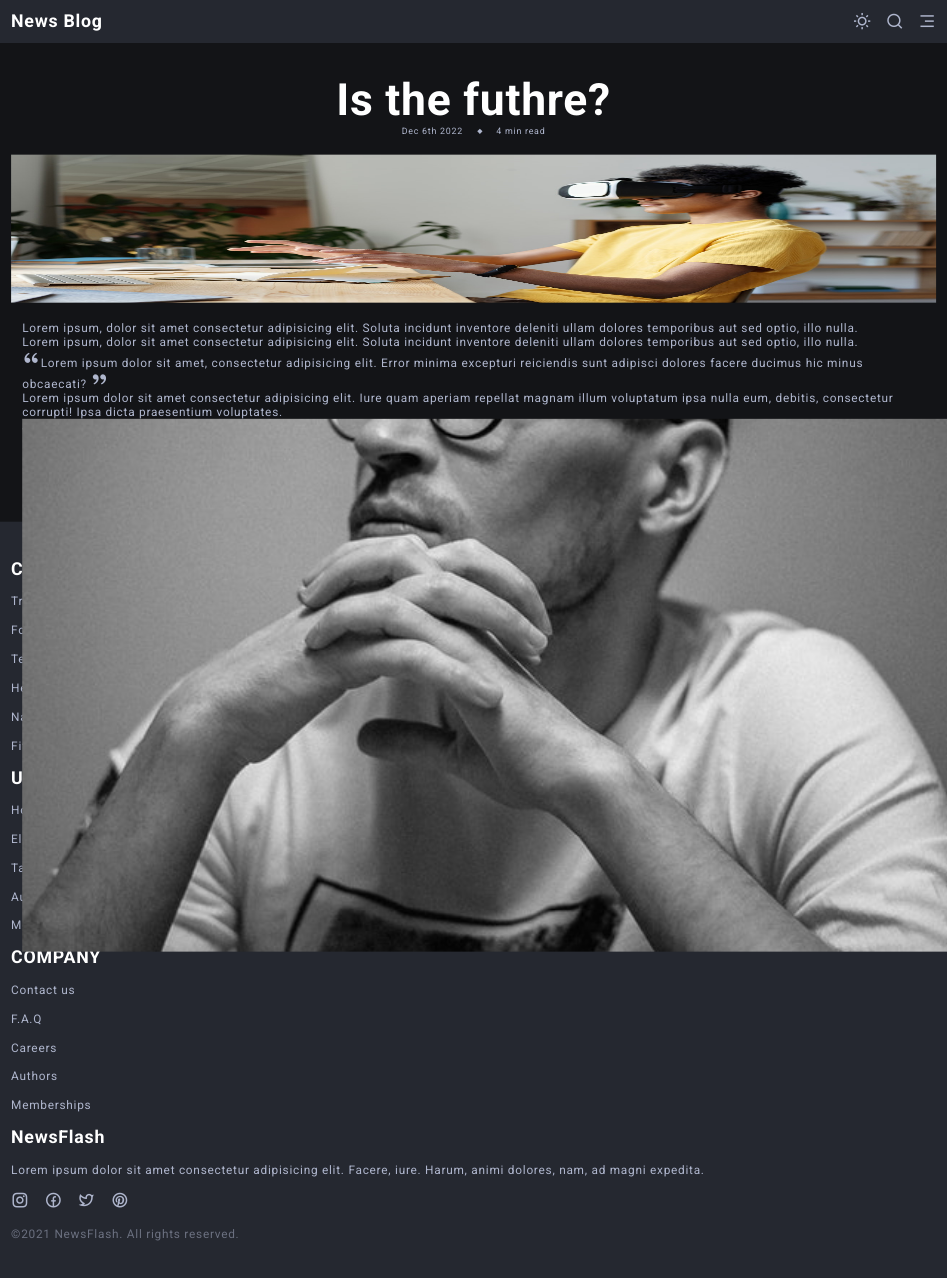
Repository: Junichi-Machii/news-blog-test
Page: post.html
These files come from the project's save history. The page is drawn as it stood at one moment and after a run of saves; the edit follows.
The browser window is 1280 px wide. The pictures show the whole page, at 74% of full size.
The style sheet was rebuilt from its Sass, Less or Tailwind sources for each picture, by a compiler version that may differ from the author's.

Above is the page before, as saved 2023-05-13 10:47:26.

### post.html
<html lang="en">
  <head>
    <meta charset="UTF-8" />
    <meta http-equiv="X-UA-Compatible" content="IE=edge" />
    <meta name="viewport" content="width=device-width, initial-scale=1.0" />
    <title>NewsFlash | Post</title>
    <!-- Favicon -->
    <link
      rel="icon"
      type="image/png"
      sizes="32x32"
      href="./assets/images/favicon.png"
    />
    <!-- Remix icons -->
    <link
      href="https://cdn.jsdelivr.net/npm/remixicon@2.5.0/fonts/remixicon.css"
      rel="stylesheet"
    />
    <!-- Swiper.js styles -->
    <link rel="stylesheet" href="./css/swiper-bundle.min.css" />
    <!-- Custom styles -->
    <link rel="stylesheet" href="./css/style.css" />
  </head>
  <body>
    <!-- Header -->
    <header class="header" id="header">
      <nav class="header__navbar container">
        <a href="./index.html">
          <h2 class="header__logo">News Blog</h2>
        </a>

        <div class="header__menu" id="menu">
          <ul class="list">
            <li class="list-item">
              <a href="#" class="list-link current">Home</a>
            </li>
            <li class="list-item">
              <a href="#" class="list-link">Categories</a>
            </li>
            <li class="list-item">
              <a href="#" class="list-link">Reviews</a>
            </li>
            <li class="list-item">
              <a href="#" class="list-link">News</a>
            </li>
            <li class="list-item">
              <a href="#" class="list-link">Membership</a>
            </li>
            <li class="list-item">
              <a href="#" class="list-link">Contact</a>
            </li>
            <li class="list-item screen-lg-hidden">
              <a href="#" class="list-link">Sign in</a>
            </li>
            <li class="list-item screen-lg-hidden">
              <a href="#" class="list-link">Sign up</a>
            </li>
          </ul>
        </div>

        <div class="list list-right">
          <button class="btn place__items-center" id="theme-toggle-btn">
            <i class="ri-sun-line sun-icon"></i>
            <i class="ri-moon-line moon-icon"></i>
          </button>

          <button class="btn place__items-center" id="search-icon">
            <i class="ri-search-line"></i>
          </button>

          <button
            class="btn place__items-center screen-lg-hidden menu-toggle-icon"
            id="menu-toggle-icon"
          >
            <i class="ri-menu-3-line open-menu-icon"></i>
            <i class="ri-close-line close-menu-icon"></i>
          </button>

          <a href="#" class="list-link screen-sm-hidden">Sign in</a>
          <a
            href="#"
            class="list-link screen-sm-hidden btn sign-up-btn fancy-border"
          >
            <span>Sign in</span>
          </a>
        </div>
      </nav>
    </header>

    <!-- Search -->
    <div class="search-form-container container" id="search-form-container">
      <div class="form-container-inner">
        <form action="" class="form">
          <input
            type="text"
            class="form-input"
            placeholder="What are looking for?"
          />
          <button class="btn form-btn" type="submit">
            <i class="ri-search-line"></i>
          </button>
        </form>
        <span class="form-note">Or press ESC to close.</span>
      </div>

      <button
        class="btn form-close-btn place__items-center"
        id="form-close-btn"
      >
        <i class="ri-close-line"></i>
      </button>
    </div>
    <!-- Blog post -->
    <section class="blog-post section-header-offset">
      <div class="blog-post-container container">
        <div class="blog-post-data">
          <h3 class="title blog-post-title">Is the futhre?</h3>
          <div class="article-data">
            <span>Dec 6th 2022</span>
            <span class="article-data-spacer"></span>
            <span>4 min read</span>
          </div>
          <img src="./assets/images/featured/featured-1.jpg" alt="" />
        </div>

        <div class="container">
          <p>
            Lorem ipsum, dolor sit amet consectetur adipisicing elit. Soluta
            incidunt inventore deleniti ullam dolores temporibus aut sed optio,
            illo nulla.
          </p>
          <p>
            Lorem ipsum, dolor sit amet consectetur adipisicing elit. Soluta
            incidunt inventore deleniti ullam dolores temporibus aut sed optio,
            illo nulla.
          </p>

          <blockquote class="quote">
            <p>
              <span><i class="ri-double-quotes-l"></i></span>Lorem ipsum dolor
              sit amet, consectetur adipisicing elit. Error minima excepturi
              reiciendis sunt adipisci dolores facere ducimus hic minus
              obcaecati? <span><i class="ri-double-quotes-r"></i></span>
            </p>
          </blockquote>

            <p>
              Lorem ipsum dolor sit amet consectetur adipisicing elit. Iure quam
              aperiam repellat magnam illum voluptatum ipsa nulla eum, debitis,
              consectetur corrupti! Ipsa dicta praesentium voluptates.
            </p>

            <div class="author d-grid">

                <div class="author-image-box">
                    <img src="./assets/images/author.jpg" alt="" class="article-image">
                </div>

                <div class="author-about">
                    <h3 class="author-name">Joh don</h3>
                    <p>Lorem ipsum dolor sit amet consectetur adipisicing elit. Explicabo, dolorum!</p>

                    <ul class="list social-media">
                        <li class="list-item">
                          <a href="#" class="list-link"
                            ><i class="ri-instagram-line"></i
                          ></a>
                        </li>
                        <li class="list-item">
                          <a href="#" class="list-link"
                            ><i class="ri-facebook-circle-line"></i
                          ></a>
                        </li>
                        <li class="list-item">
                          <a href="#" class="list-link"><i class="ri-twitter-line"></i></a>
                        </li>

                      </ul>
                </div>
            </div>
        </div>
      </div>
    </section>
    <!-- Footer -->
    <footer class="footer section">
      <div class="footer-container container d-grid">
        <div class="company-data">
          <a href="./index.html">
            <h2 class="header__logo">NewsFlash</h2>
          </a>
          <p class="company-description">
            Lorem ipsum dolor sit amet consectetur adipisicing elit. Facere,
            iure. Harum, animi dolores, nam, ad magni expedita.
          </p>
          <ul class="list social-media">
            <li class="list-item">
              <a href="#" class="list-link"
                ><i class="ri-instagram-line"></i
              ></a>
            </li>
            <li class="list-item">
              <a href="#" class="list-link"
                ><i class="ri-facebook-circle-line"></i
              ></a>
            </li>
            <li class="list-item">
              <a href="#" class="list-link"><i class="ri-twitter-line"></i></a>
            </li>
            <li class="list-item">
              <a href="#" class="list-link"
                ><i class="ri-pinterest-line"></i
              ></a>
            </li>
          </ul>
          <span class="copyright-notice"
            >&copy;2021 NewsFlash. All rights reserved.</span
          >
        </div>

        <div>
          <h6 class="title footer-title">Categories</h6>
          <ul class="footer-list list">
            <li class="list-item">
              <a href="#" class="list-link">Travel</a>
            </li>
            <li class="list-item">
              <a href="#" class="list-link">Food</a>
            </li>
            <li class="list-item">
              <a href="#" class="list-link">Technology</a>
            </li>
            <li class="list-item">
              <a href="#" class="list-link">Health</a>
            </li>
            <li class="list-item">
              <a href="#" class="list-link">Nature</a>
            </li>
            <li class="list-item">
              <a href="#" class="list-link">Fitness</a>
            </li>
          </ul>
        </div>

        <div>
          <h6 class="title footer-title">Useful links</h6>
          <ul class="footer-list list">
            <li class="list-item">
              <a href="#" class="list-link">Home</a>
            </li>
            <li class="list-item">
              <a href="#" class="list-link">Elements</a>
            </li>
            <li class="list-item">
              <a href="#" class="list-link">Tags</a>
            </li>
            <li class="list-item">
              <a href="#" class="list-link">Authors</a>
            </li>
            <li class="list-item">
              <a href="#" class="list-link">Membership</a>
            </li>
          </ul>
        </div>

        <div>
          <h6 class="title footer-title">Company</h6>
          <ul class="footer-list list">
            <li class="list-item">
              <a href="#" class="list-link">Contact us</a>
            </li>
            <li class="list-item">
              <a href="#" class="list-link">F.A.Q</a>
            </li>
            <li class="list-item">
              <a href="#" class="list-link">Careers</a>
            </li>
            <li class="list-item">
              <a href="#" class="list-link">Authors</a>
            </li>
            <li class="list-item">
              <a href="#" class="list-link">Memberships</a>
            </li>
          </ul>
        </div>
      </div>
    </footer>

    <!-- Swiper.js -->
    <script src="./js/swiper-bundle.min.js"></script>
    <!-- Custom script -->
    <script src="./js/main.js"></script>
  </body>
</html>

### style.scss
/* Import font */
@import url("https://fonts.googleapis.com/css2?family=Roboto:ital,wght@0,400;0,700;1,400;1,700&display=swap");

@import url("https://fonts.googleapis.com/css2?family=Poppins:wght@300;400;600;700&display=swap");

/* Custom properties */
:root {
  --light-color: #fff;
  --light-color-alt: #afb6cd;
  --primary-background-color: #131417;
  --secondary-background-color: #252830;
  --hover-light-color: var(--light-color);
  --hover-dark-color: var(--primary-background-color);
  --gradient-color: linear-gradient(
    115deg,
    #4fcf70,
    #fad648,
    #a767e5,
    #12bcfe,
    #44ce7b
  );
  --transparent-light-color: rgba(255, 255, 255, 0.05);
  --transparent-dark-color: rgba(0, 0, 0, 0.75);
  --font-family: "Roboto", sans-serif;
  --font-size-xsm: 1.2rem;
  --font-size-sm: 1.6rem;
  --font-size-md: 2.4rem;
  --font-size-lg: 3rem;
  --font-size-xl: 4rem;
  --gap: 2rem;
  --margin-sm: 2rem;
  --margin-md: 3rem;
  --item-min-height-sm: 20rem;
  --item-min-height-md: 30rem;
}

/* Base styles */
body {
  font-family: var(--font-family);
  font-size: var(--font-size-sm);
  color: var(--light-color-alt);
  background-color: var(--primary-background-color);
  letter-spacing: 1px;
  transition: background-color 0.25s, color 0.25s;
}

a {
  text-decoration: none;
  color: inherit;
}

img {
  max-width: 100%;
  display: block;
}

ul {
  list-style: none;
}

input,
button {
  font: inherit;
  color: inherit;
  border: none;
  background-color: transparent;
  outline: none;
}

i {
  font-size: var(--font-size-md);
}

* {
  margin: 0;
  padding: 0;
  box-sizing: border-box;
}

html {
  // font-size: 10px;
  font-size: 62.5%;
}
/* Theme color change */
body.light-theme {
  --light-color: #3d3d3d;
  --light-color-alt: rgba(0, 0, 0, 0.6);
  --primary-background-color: #fff;
  --hover-light-color: #fff;
  --secondary-background-color: #f1f1f1;
  --transparent-light-color: #252830;
  --transparent-dark-color: rgba(0, 0, 0, 0.1);
}
/* Reusable classes */
.container {
  max-width: 160rem;
  margin: 0 auto;
  padding: 0 1.5rem;
}

.place__items-center {
  display: inline-block;
  align-items: center;
  justify-content: center;
}

.screen-sm-hidden {
  display: none;
}

.btn {
  cursor: pointer;
  &:hover,
  &:hover span {
    color: var(--light-color);
  }
}

.d-grid {
  display: grid;
}

.section {
  padding-block: 5rem;
}

.title {
  color: var(--light-color);
}
/* Header */
.header {
  background-color: var(--secondary-background-color);
  position: fixed;
  top: 0;
  left: 0;
  width: 100%;
  z-index: 999;

  &__navbar {
    display: flex;
    align-items: center;
    justify-content: space-between;
    padding-block: 1.5rem;
  }

  &__logo {
    font-size: var(--font-size-md);
    color: var(--light-color);
  }

  &__menu {
    position: absolute;
    top: 8.5rem;
    right: 1.5rem;
    width: 23rem;
    padding: 1.5rem;
    background-color: var(--secondary-background-color);
    opacity: 0;
    transform: scale(0);
    transition: opacity 0.25s ease-in-out;

    & > .list {
      flex-direction: column;
    }
  }

  &__menuLink {
    &:hover {
      color: var(--light-color);
    }

    &.current {
      color: var(--light-color);
    }
  }
}

.list {
  display: flex;
  align-items: center;
  gap: var(--gap);
}

.close-menu-icon {
  display: none;
}

.moon-icon {
  display: none;
}

.light-theme {
  & .sun-icon {
    display: none;
  }

  & .moon-icon {
    display: block;
  }
}

/* Header JavaScript Styles */
.header.activated {
  box-shadow: 0 1px 0.5rem --transparent-light-color;
}
.header__menu.activated {
  box-shadow: 1px 1px 1rem --transparent-light-color;
  opacity: 1;
  transform: scale(1);
}

.menu-toggle-icon.activated .open-menu-icon {
  display: none;
}

.menu-toggle-icon.activated .close-menu-icon {
  display: block;
}
/* Search */
.search-form-container {
  width: 100%;
  max-width: 100%;
  height: 100vh;
  background-color: var(--primary-background-color);
  position: fixed;
  top: 0;
  left: 0;
  z-index: 9999;
  display: flex;
  opacity: 0;
  transform: scale(0);
  transition: opacity 0.5s;
}

.form-container-inner {
  margin: auto;
  display: flex;
  flex-direction: column;
  gap: var(--gap);
  text-align: center;
}

.form {
  display: flex;
  justify-content: center;
}

.form-input,
.form-btn {
  display: inline-block;
  border: 2px solid var(--secondary-background-color);
  padding: 1.5rem;
}

.form-input {
  border-right: none;
  width: 100%;
}

.form-btn {
  margin-left: -0.5rem;
  border-left: none;
  background-color: var(--secondary-background-color);
  width: 8rem;
}

.form-note {
  font-size: var(--font-size-xsm);
  align-self: flex-end;
}

.form-close-btn {
  position: absolute;
  top: 1.5rem;
  right: 1.5rem;
  border: 2px solid var(--secondary-background-color);
  width: 4rem;
  height: 4rem;
}
/* Form JavaScript styles */
.search-form-container.activated {
  opacity: 1;
  transform: scale(1);
}
/* Featured articles */
.featured-articles {
  padding-block: 2rem;
}

.section-header-offset {
  margin-top: 7.4rem;
}

.featured-articles-container,
.featured-content {
  gap: var(--gap);
}

.headline-banner {
  background-color: var(--secondary-background-color);
  display: flex;
  align-items: center;
  gap: var(--gap);
  font-size: var(--font-size-xsm);
}

.headline {
  color: var(--light-color);
  font-size: 1rem;
  text-transform: uppercase;
  text-align: center;
  padding: 0.4rem;
  height: 100%;

  & span {
    height: inherit;
  }
}

.fancy-border {
  position: relative;
  overflow: hidden;

  &::before {
    content: "";
    position: absolute;
    top: 0;
    left: 0;
    width: 200%;
    height: 100%;
    background: var(--gradient-color);
    background-size: 50% 100%;
    z-index: 5;
  }

  & span {
    position: relative;
    z-index: 10;
    display: inline-flex;
    padding: 0.6rem 1.5rem;
    background-color: var(--secondary-background-color);
  }
}

.article {
  position: relative;
  min-height: var(--item-min-height-md);

  &-image {
    position: absolute;
    width: 100%;
    height: 100%;
    object-fit: cover;
    transition: transform 0.25s;
  }

  &-category {
    position: absolute;
    top: 1rem;
    right: 1rem;
    padding: 1rem;
    font-size: 1rem;
    background-color: var(--primary-background-color);
    color: var(--light-color);
    text-transform: uppercase;
    z-index: 10;
  }

  &-data-container {
    position: absolute;
    bottom: 0;
    left: 0;
    padding: 2rem 1.5rem;
    background-color: var(--transparent-dark-color);
    z-index: 10;
    width: 100%;
    transition: background-color 0.5s;
  }

  &:hover &-data-container {
    background-color: var(--hover-dark-color);
    color: var(--hover-light-color);
  }
  &:hover &-data-spacer {
    background-color: var(--hover-light-color);
  }

  &-data {
    display: flex;
    align-items: center;
    gap: var(--gap);
    font-size: var(--font-size-xsm);
    margin-bottom: 1rem;
  }

  &-data-spacer {
    width: 0.5rem;
    height: 0.5rem;
    background-color: var(--light-color-alt);
    transform: rotate(45deg);
  }

  &-title {
    font-size: var(--font-size-md);
  }
}

/* Featured articles - Sidebar */
.sidebar {
  background-color: var(--secondary-background-color);
  padding: 2.5rem;
}

.trending-news {
  &__box {
    display: flex;
    flex-direction: column;
    gap: var(--gap);
    padding-block: 2rem;
    border: 1px solid var(--transparent-light-color);

    &:hover .article-title {
      color: var(--light-color-alt);
    }

    &:last-of-type {
      border-bottom: none;
    }
  }

  &__image-box {
    position: relative;
    width: 100%;
    height: var(--item-min-height-sm);
  }

  &__data .article-title {
    font-size: var(--font-size-sm);
  }
}

.featured-content-title {
  font-size: var(--font-size-md);
  text-align: center;
  padding: 1rem;
}

.trending-number {
  position: absolute;
  top: -1rem;
  left: -1rem;
  z-index: 15;
  width: 3rem;
  height: 3rem;
  background-color: var(--secondary-background-color);
  color: var(--light-color);
  border-radius: 50%;
}

/* Quick read */
.section-title {
  position: relative;
  font-size: var(--font-size-md);
  margin-bottom: 6rem;

  &::before {
    content: attr(data-name);
    font-size: var(--font-size-lg);
    text-transform: uppercase;
    opacity: 0.1;
    position: absolute;
    top: 1.5rem;
    left: 2rem;
  }
}

.article.swiper-slide {
  height: 40rem;
}

/* Quick read - Swiper */
.swiper-wrapper {
  height: auto;
}

.swiper-controls {
  width: 3.5rem;
  height: 3.5rem;
  background-color: var(--secondary-background-color);

  &::after {
    font-size: 1.6rem;
    color: var(--light-color);
  }
}

.swiper-pagination {
  bottom: 0.5rem !important;
}

.swiper-pagination-bullet {
  background-color: var(--light-color);
}

/* Older posts */
.older-posts {
  &__grid-wrapper {
    gap: var(--gap);
  }
  &__article-image-wrapper,
  & .article {
    min-height: var(--item-min-height-sm);
  }

  & .article {
    background-color: var(--secondary-background-color);
  }

  &__article-image-wrapper {
    position: relative;
  }

  &__grid-wrapper .article-data-container {
    position: static;
    background-color: transparent;
  }

  &__grid-wrapper .article-title {
    margin-bottom: var(--margin-sm);
  }
}

.see-more-container {
  margin-top: var(--margin-md);
}

.see-more-btn {
  text-transform: uppercase;
  display: flex;
  // flex-direction: column;
  justify-content: center;
  align-items: center;
  & i {
    // position: absolute;
    // top: -3px;
    // right: -30px;
    transition: transform 0.3s;
  }

  &:hover i {
    transform: translateX(0.5rem);
  }
}
/* Popular tags */
.popular-tags-container {
  gap: var(--gap);

  & .article {
    min-height: var(--item-min-height-sm);
    overflow: hidden;

    &:hover .tag-name {
      color: var(--light-color);
    }

    &:hover .article-image {
      transform: scale(1.05);
    }
  }
}

.tag-name {
  position: absolute;
  top: 50%;
  left: 50%;
  transform: translate(-50%, -50%);
  background-color: var(--transparent-dark-color);
  padding: 1rem 2rem;
  z-index: 10;
}

/* Newsletter */
.newsletter {
  padding-bottom: 6rem;

  &-title {
    font-size: var(--font-size-lg);
  }

  &-description {
    margin-bottom: 3rem;
  }
}

/* Footer */
.footer {
  background-color: var(--secondary-background-color);

  &-container {
    gap: var(--gap);
  }
}

.company {
  &-data {
    display: flex;
    flex-direction: column;
    order: 1;
  }

  &-description {
    margin-block: var(--margin-sm);
    max-width: 75%;
  }
}

.social-media {
  margin-bottom: var(--margin-sm);
}

.copyright-notice {
  opacity: 0.5;
}

.footer {
  &-list {
    flex-direction: column;
    align-items: flex-start;
  }

  &-title {
    font-size: var(--font-size-md);
    text-transform: uppercase;
    margin-bottom: var(--margin-sm);
  }
}

/* Scrollbar styles */
::-webkit-scrollbar {
  width: 1rem;
}

::-webkit-scrollbar-track {
  background-color: #f1f1f1;
}

::-webkit-scrollbar-thumb {
  background-color: #3f4254;
}
::-webkit-scrollbar-thumb:hover {
  background-color: #2e303b;
}
/* Blog post */
.blog-post {
  padding-bottom: 5rem;

  &-data {
    display: flex;
    flex-direction: column;
    align-items: center;
    text-align: center;
    padding-block: 2.5rem;

    & img {
      width: 100%;
      height: var(--item-min-height-sm);

    }

    & .article-data {
      margin-bottom: 2.5rem;
    }
  }

  &-title {
    font-size: clamp(3rem, 5vw, 6rem);
  }
}
/* Media queries */

Loaded but not shown: css/swiper-bundle.min.css (library); js/swiper-bundle.min.js (library); js/main.js (79 lines, source omitted)

After the next 12 saves:
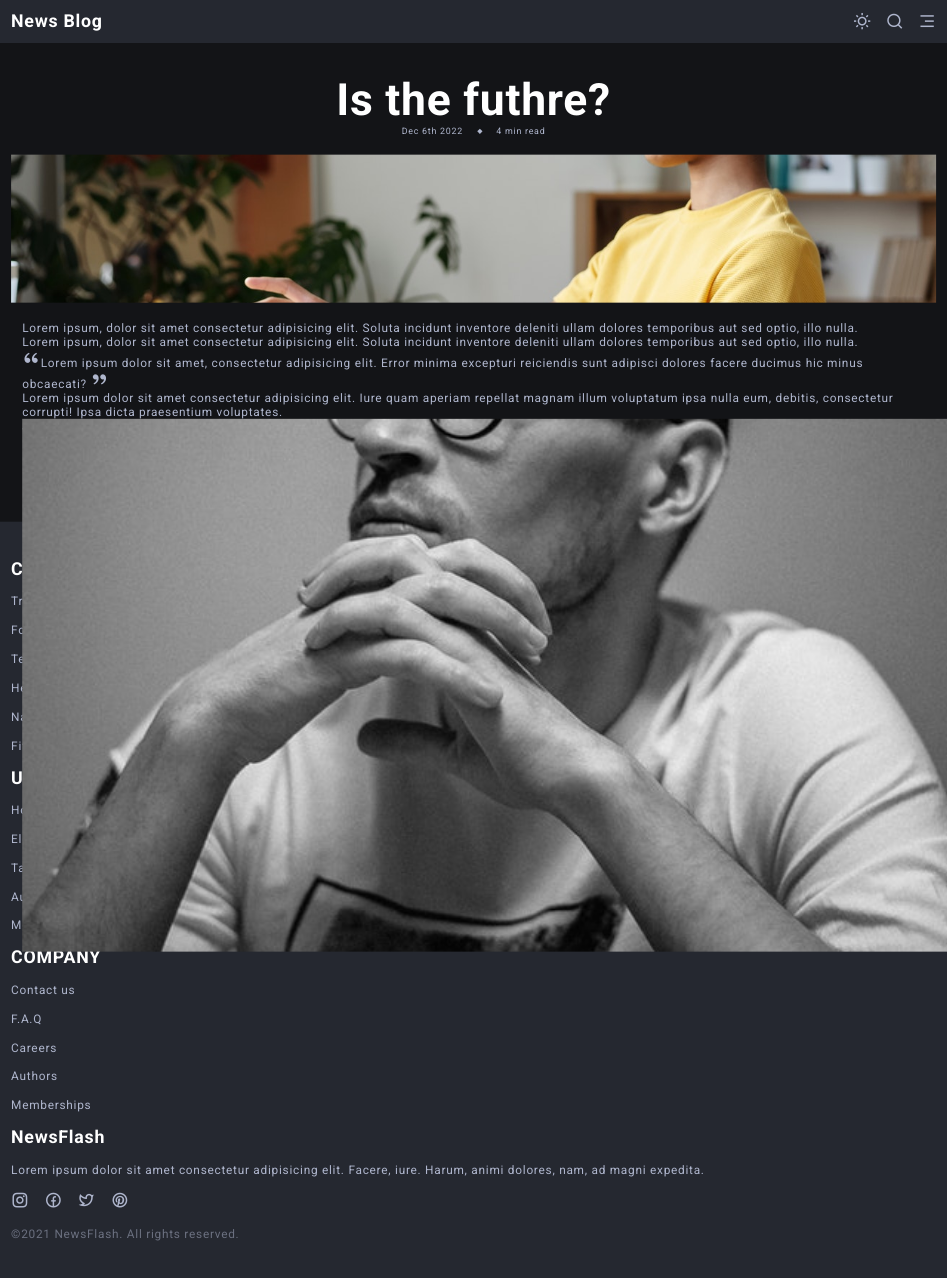
The 12 saves are shown as one change because they came seconds apart.
The last was saved 22 s later.
--- a/style.scss
+++ b/style.scss
@@ -664,7 +664,7 @@ body.light-theme {
     & img {
       width: 100%;
       height: var(--item-min-height-sm);
-
+      object-fit: cover;
     }
 
     & .article-data {
